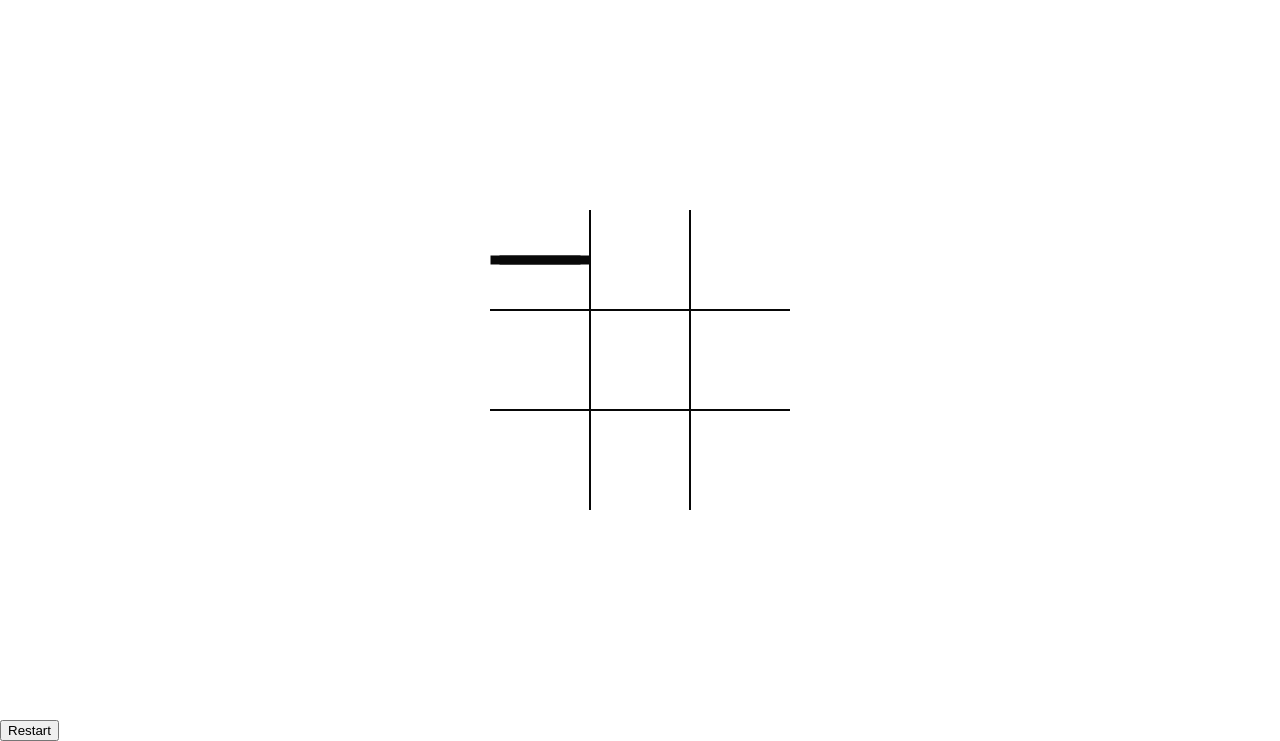
Repository: kkyler24/MCLA
Page: devFiles/TictactoeFiles/ticTacToe.html
An editor plug-in stored every save of this project. The page is shown before and after the next save, followed by the edit.
The browser window is 1280 px wide. The pictures show the whole page.

Above is the page before, as saved 2020-04-17 13:16:00.

### devFiles/TictactoeFiles/ticTacToe.html
<!DOCTYPE html>
<html lang="en">

<head>
    <meta charset="UTF-8">
    <meta name="viewport" content="width=device-width, initial-scale=1.0">
    <link rel="stylesheet" type="text/css" href="tictactoe.css">
    <script src="tictactoe.js" defer></script>
    <title>Tic Tac Toe</title>
</head>

<body>
    <sectionOne>
        <!-- NavBar -->
        <!-- <nav class="navbar navbar-light bg-light">
            <!-- Image Logo -->
            <!-- <a class="navbar-brand" href="#">
                <img src="/docs/4.0/assets/brand/bootstrap-solid.svg" width="30" height="30"
                    class="d-inline-block align-top" alt="">
                Bootstrap -->
            <!-- </a> -->
        </nav>
    </sectionOne>
<sectionTwo>

<div class="BoardOne" id="BoardOne">
    <div class="cellBOne x" data-cell></div>
    <div class="cellBOne" data-cell></div>
    <div class="cellBOne" data-cell></div>
    <div class="cellBOne" data-cell></div>
    <div class="cellBOne" data-cell></div>
    <div class="cellBOne" data-cell></div>
    <div class="cellBOne" data-cell></div>
    <div class="cellBOne" data-cell></div>
    <div class="cellBOne" data-cell></div>
</div>
<div class="winning-message-One" id="winningMessageOne">
    <div class="data-winning-message-text-One"></div>
    <button id="restartButtonOne">Restart</button>
</div>



</sectionTwo>











</body>

### devFiles/TictactoeFiles/tictactoe.css
*,*::after, *::before{
    box-sizing: border-box;
}
:root {
    --cell-size:100px;
    --mark-size:calc(var(--cell-size)*.9);
    /* this makes the preview marks 90% of the cell size */
}

body{
    margin:0;
}

.BoardOne{
    width: 100vw;
    height: 100vh;
    display: grid;
    justify-content: center;
    align-content: center;
    align-items: center;
    justify-items: center;
    grid-template-columns: repeat(3,auto);
    /* this resizes the grid and makes all the cells automatically evenly sized */
}
.cellBOne{
    width: var(--cell-size);
    height: var(--cell-size);
    border: 1px solid rgb(8, 8, 8);
    display: flex;
    justify-content: center;
    align-items: center;
}
.cellBOne:first-child,
.cellBOne:nth-child(2),
.cellBOne:nth-child(3){
    border-top: none;
}

.cellBOne:nth-child(3n+1){
    border-left: none;
}

.cellBOne:nth-child(3n+3){
    border-right: none;
}

.cellBOne:last-child,
.cellBOne:nth-child(8),
.cellBOne:nth-child(7){
    border-bottom: none;
}

.cellBOne.x::before,
.cellBOne.x::after{
    content: "";
    width: calc(var(--mark-size)*.10);
    transform: rotate(90deg);
    height: var(--mark-size);
    background-color: rgb(8, 8, 8);

}

Loaded but not shown: devFiles/TictactoeFiles/tictactoe.js (no stored copy; drawn as an empty file)

After the next save:
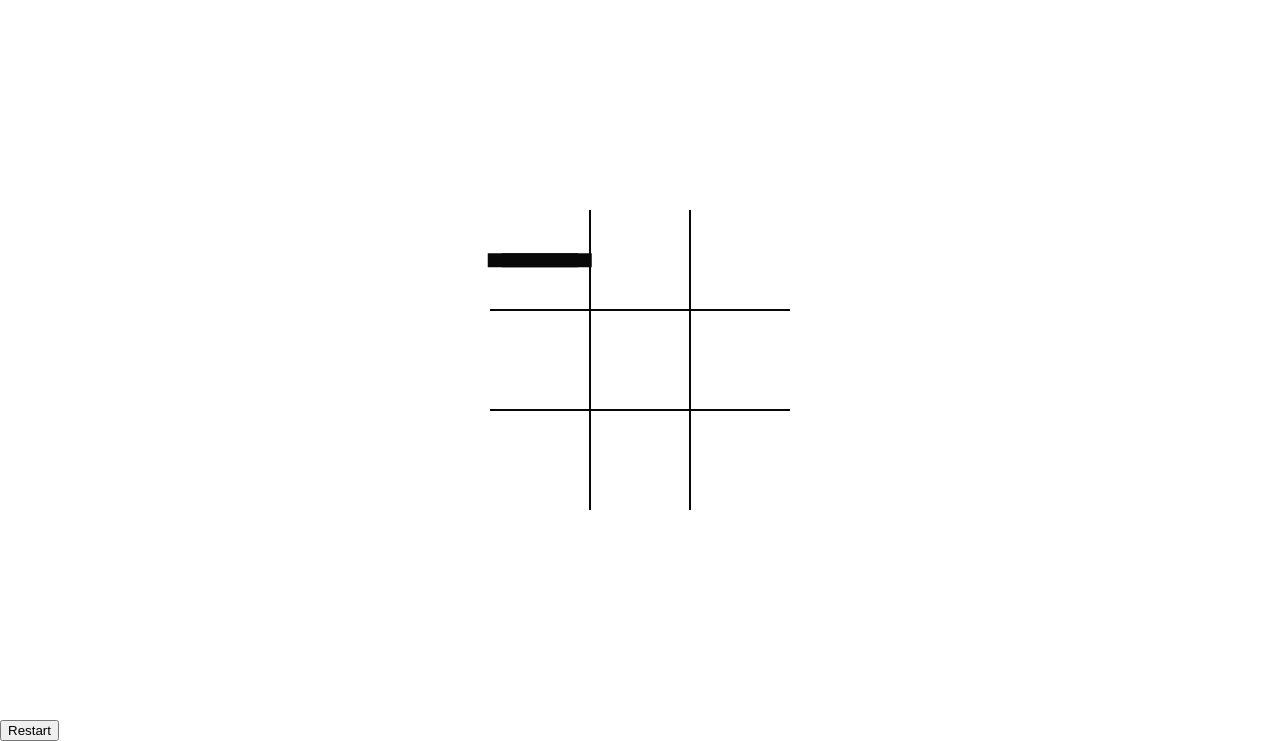
Saved 18 s later.
--- a/devFiles/TictactoeFiles/tictactoe.css
+++ b/devFiles/TictactoeFiles/tictactoe.css
@@ -53,7 +53,7 @@ body{
 .cellBOne.x::before,
 .cellBOne.x::after{
     content: "";
-    width: calc(var(--mark-size)*.10);
+    width: calc(var(--mark-size)*.15);
     transform: rotate(90deg);
     height: var(--mark-size);
     background-color: rgb(8, 8, 8);
